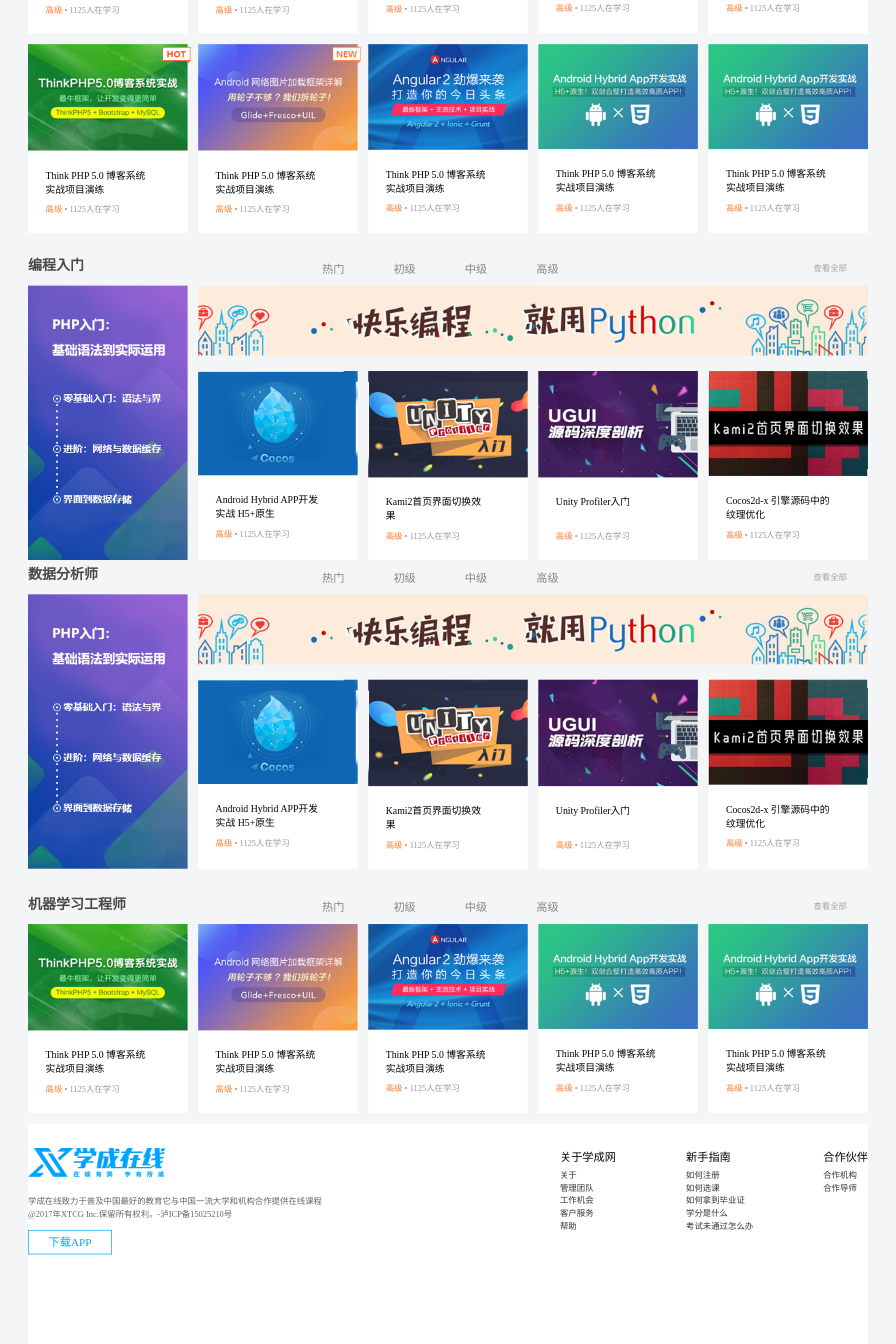
Repository: ywq0312/XueCheng
Page: index.html
An editor plug-in stored every save of this project. The page is shown before and after the next save, followed by the edit.
The browser window is 1280 px wide. The pictures show the part of the page from y = 890 to 2810 px (the page is 2810 px tall), at 70% of full size.

Above is the page before, as saved 2021-05-19 15:36:40.

After the next save:
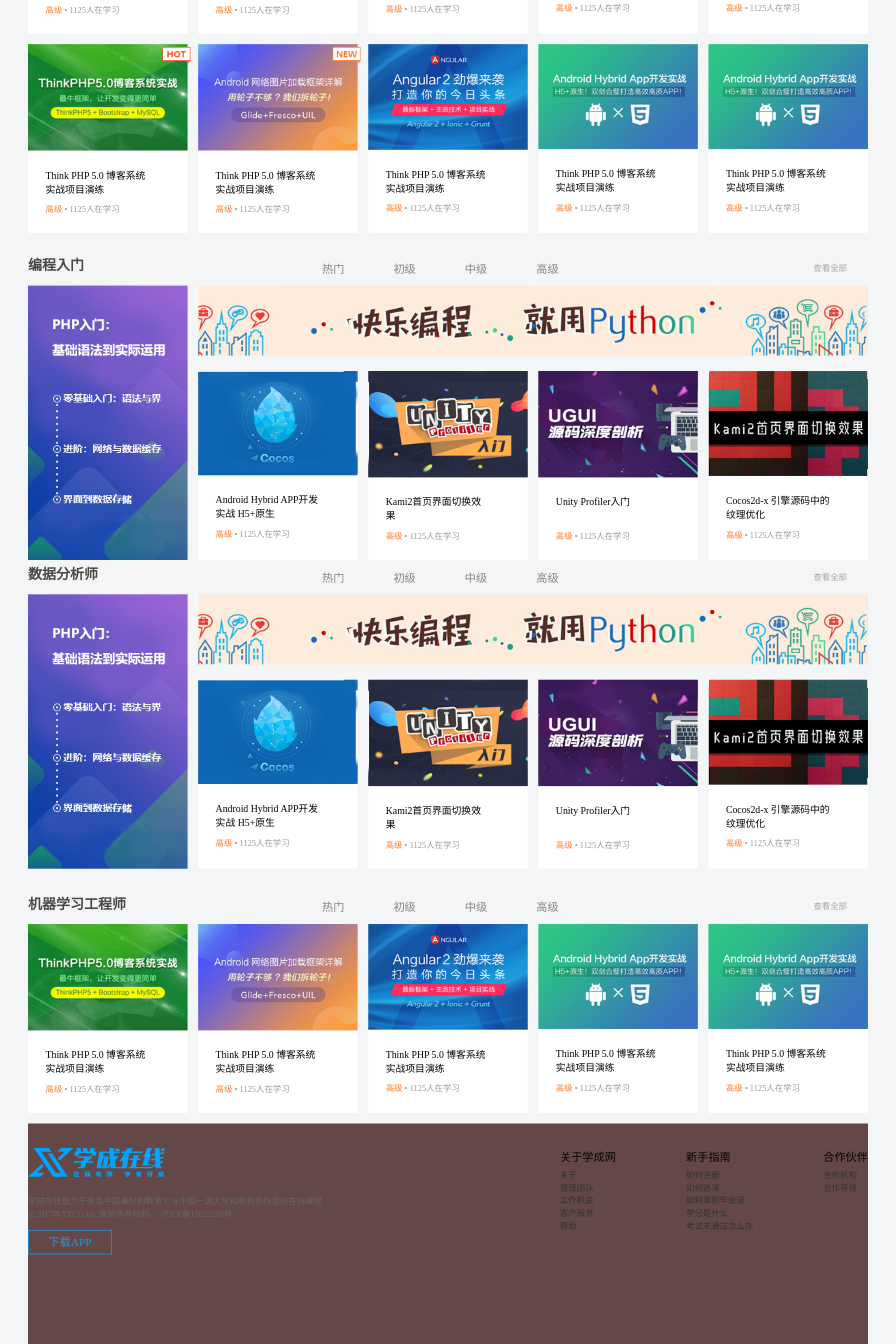
Saved 6 s later.
--- a/css/style.css
+++ b/css/style.css
@@ -291,7 +291,7 @@
 /* 页脚部分 */
 .footer{
     height: 315px;
-    background-color: #fff;
+    background-color: rgb(100, 72, 72);
 }
 .footer .w{
     padding-top: 35px;

After the 3 saves that followed:
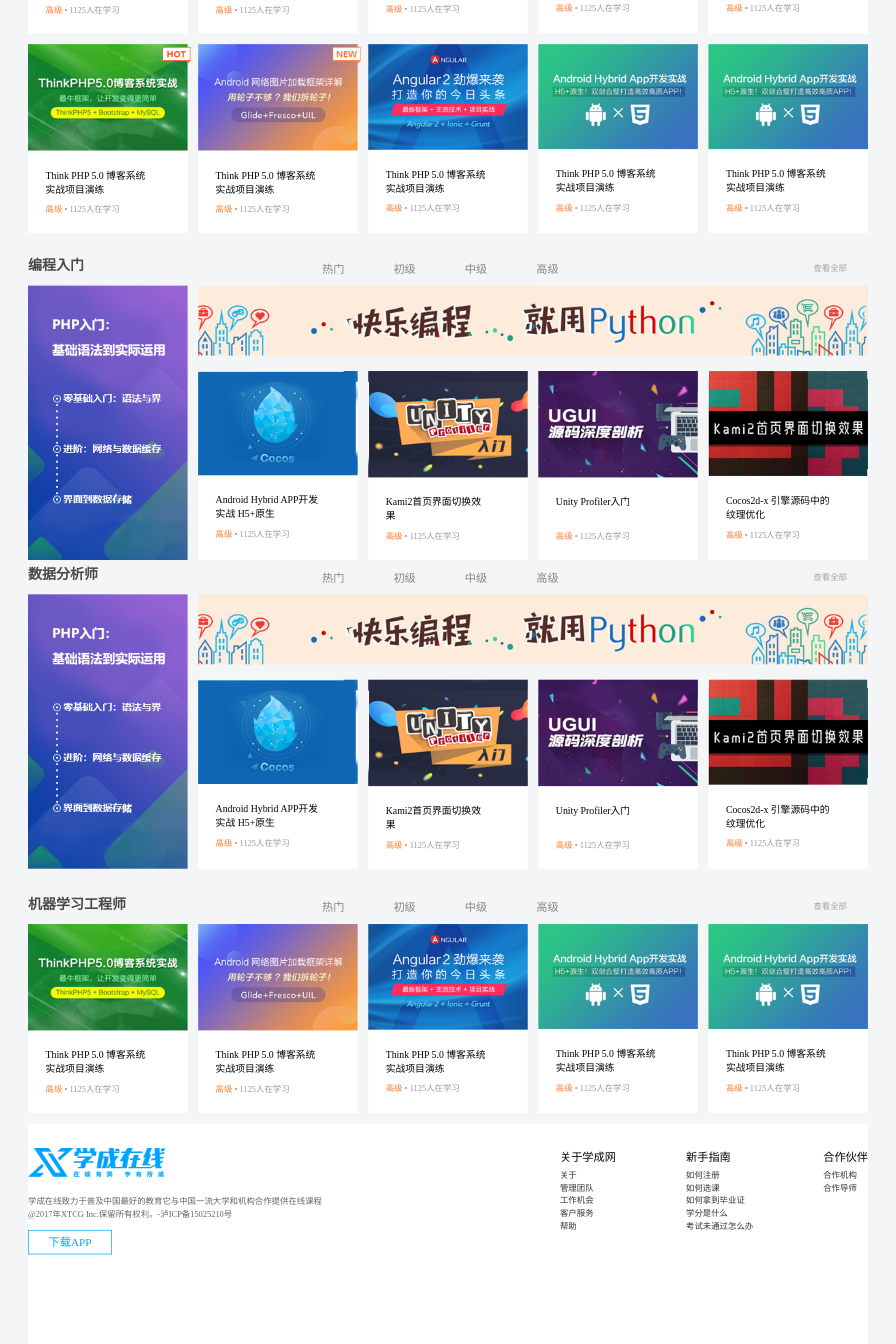
The 3 saves are shown as one change because they came seconds apart.
The last was saved 48 s later.
--- a/css/style.css
+++ b/css/style.css
@@ -291,7 +291,7 @@
 /* 页脚部分 */
 .footer{
     height: 315px;
-    background-color: rgb(100, 72, 72);
+    background-color: #fff;
 }
 .footer .w{
     padding-top: 35px;
